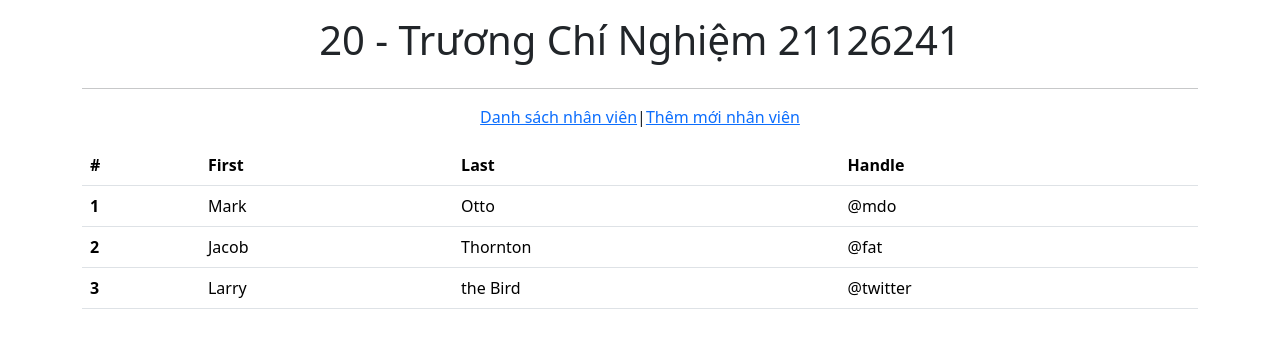
Repository: TruongChiNghiem1/wwwServlet
Page: http://localhost/20_TruongChiNghiem_21126241/views/ListNhanVien/index.jsp
These files come from the project's save history. The page is drawn as it stood at one moment and after the next save; the edit follows.
The browser window is 1280 px wide. The pictures show the whole page.
The page is served by Tomcat 10. Other server files are loaded and not shown.

Above is the page before, as saved 2024-10-25 16:50:53.

### 20_TruongChiNghiem_21126241/src/main/webapp/views/ListNhanVien/index.jsp
<%@ page language="java" contentType="text/html; charset=UTF-8"
	pageEncoding="UTF-8"%>
<!DOCTYPE html>
<html>
<head>
<meta charset="UTF-8">
<title>Insert title here</title>
<link
	href="https://cdn.jsdelivr.net/npm/bootstrap@5.3.3/dist/css/bootstrap.min.css"
	rel="stylesheet"
	integrity="sha384-QWTKZyjpPEjISv5WaRU9OFeRpok6YctnYmDr5pNlyT2bRjXh0JMhjY6hW+ALEwIH"
	crossorigin="anonymous">
<script
	src="https://cdn.jsdelivr.net/npm/bootstrap@5.3.3/dist/js/bootstrap.bundle.min.js"
	integrity="sha384-YvpcrYf0tY3lHB60NNkmXc5s9fDVZLESaAA55NDzOxhy9GkcIdslK1eN7N6jIeHz"
	crossorigin="anonymous"></script>
</head>
<body>
	<div class="container">
		<div class="d-flex justify-content-center m-3">
			<h1>20 - Trương Chí Nghiệm 21126241</h1>
		</div>
		<hr>
		<div class="d-flex justify-content-center m-3">
			<a href="/20_TruongChiNghiem_21126241">Danh sách nhân viên</a>|
			<a href="/20_TruongChiNghiem_21126241/add-data">Thêm mới nhân viên</a>
		</div>
		<div>
			<table class="table">
				<thead>
					<tr>
						<th scope="col">#</th>
						<th scope="col">First</th>
						<th scope="col">Last</th>
						<th scope="col">Handle</th>
					</tr>
				</thead>
				<tbody>
					<tr>
						<th scope="row">1</th>
						<td>Mark</td>
						<td>Otto</td>
						<td>@mdo</td>
					</tr>
					<tr>
						<th scope="row">2</th>
						<td>Jacob</td>
						<td>Thornton</td>
						<td>@fat</td>
					</tr>
					<tr>
						<th scope="row">3</th>
						<td>Larry</td>
						<td>the Bird</td>
						<td>@twitter</td>
					</tr>
				</tbody>
			</table>
		</div>
	</div>
</body>
</html>

After the next save:
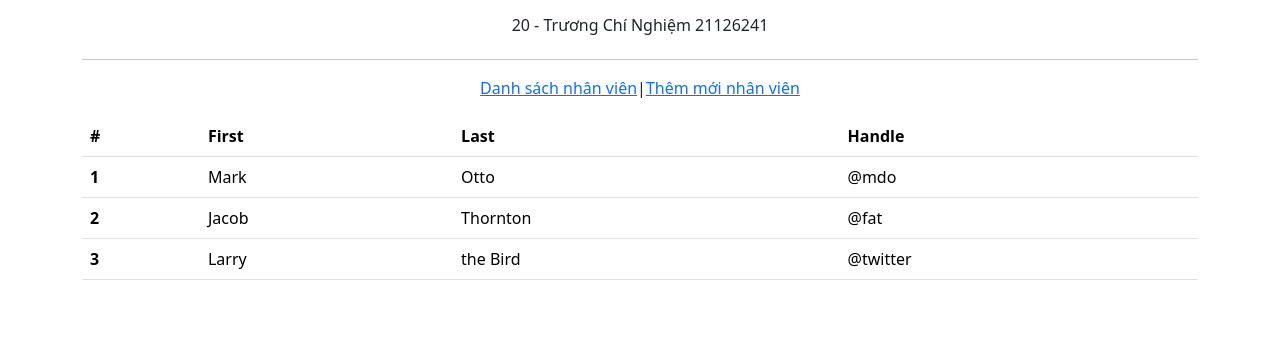
Saved 14 s later.
--- a/20_TruongChiNghiem_21126241/src/main/webapp/views/ListNhanVien/index.jsp
+++ b/20_TruongChiNghiem_21126241/src/main/webapp/views/ListNhanVien/index.jsp
@@ -18,7 +18,7 @@
 <body>
 	<div class="container">
 		<div class="d-flex justify-content-center m-3">
-			<h1>20 - Trương Chí Nghiệm 21126241</h1>
+			<h6>20 - Trương Chí Nghiệm 21126241</h6>
 		</div>
 		<hr>
 		<div class="d-flex justify-content-center m-3">
